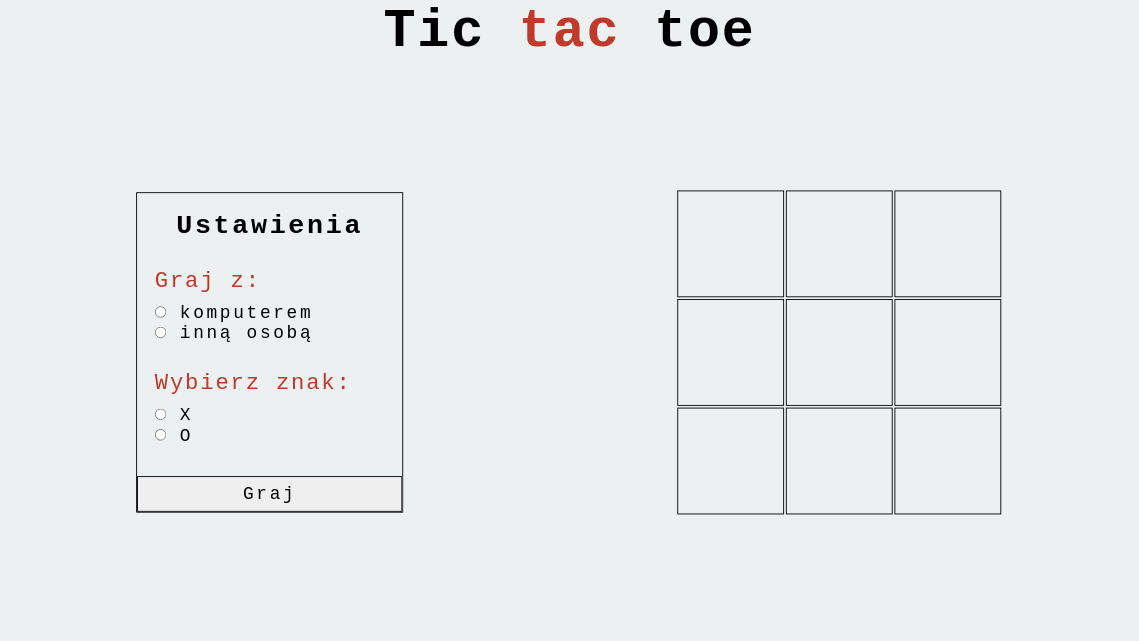
Repository: SebastianArmata22/Tic-Tac-Toe
Page: index.html
These files come from the project's save history. The page is drawn as it stood at one moment and after the next save; the edit follows.
The browser window is 1280 px wide. The pictures show the whole page, at 89% of full size.
Some web fonts or font styles are not loaded; a fallback is used.

Above is the page before, as saved 2020-11-03 15:10:14.

After the next save:
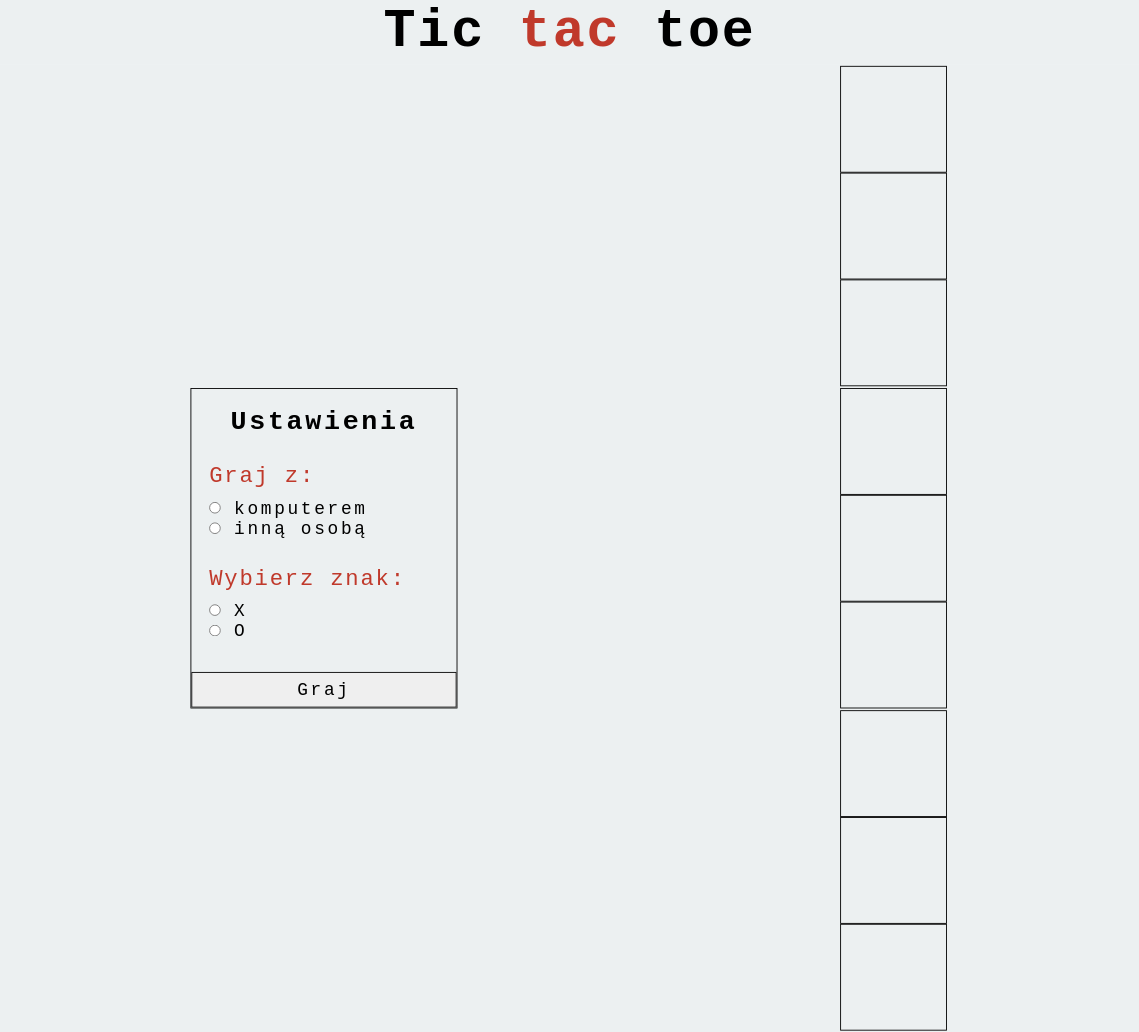
Saved 4 min 27 s later.
--- a/index.html
+++ b/index.html
@@ -31,7 +31,7 @@
             <div class="tic-tac-toe-div">
                 <table>
                     <tr>
-                        <th id="1"></th>
+                        <th class="" id="1"></th>
                         <th id="2"></th>
                         <th id="3"></th>
                     </tr>
--- a/style.css
+++ b/style.css
@@ -31,6 +31,9 @@
 border: 1px solid black;
 height: 120px;
 width: 120px;
+display: flex;
+justify-content: center;
+align-items: center;
 }
 
 th:hover{

After the save that followed:
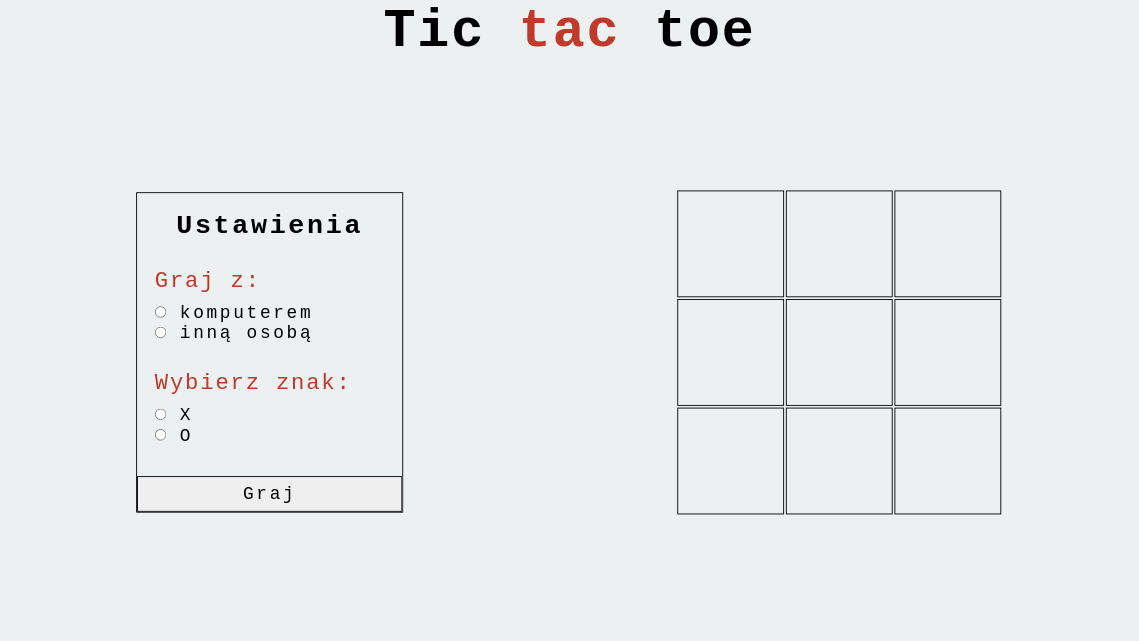
Saved 17 s later.
--- a/style.css
+++ b/style.css
@@ -31,9 +31,7 @@
 border: 1px solid black;
 height: 120px;
 width: 120px;
-display: flex;
-justify-content: center;
-align-items: center;
+
 }
 
 th:hover{
